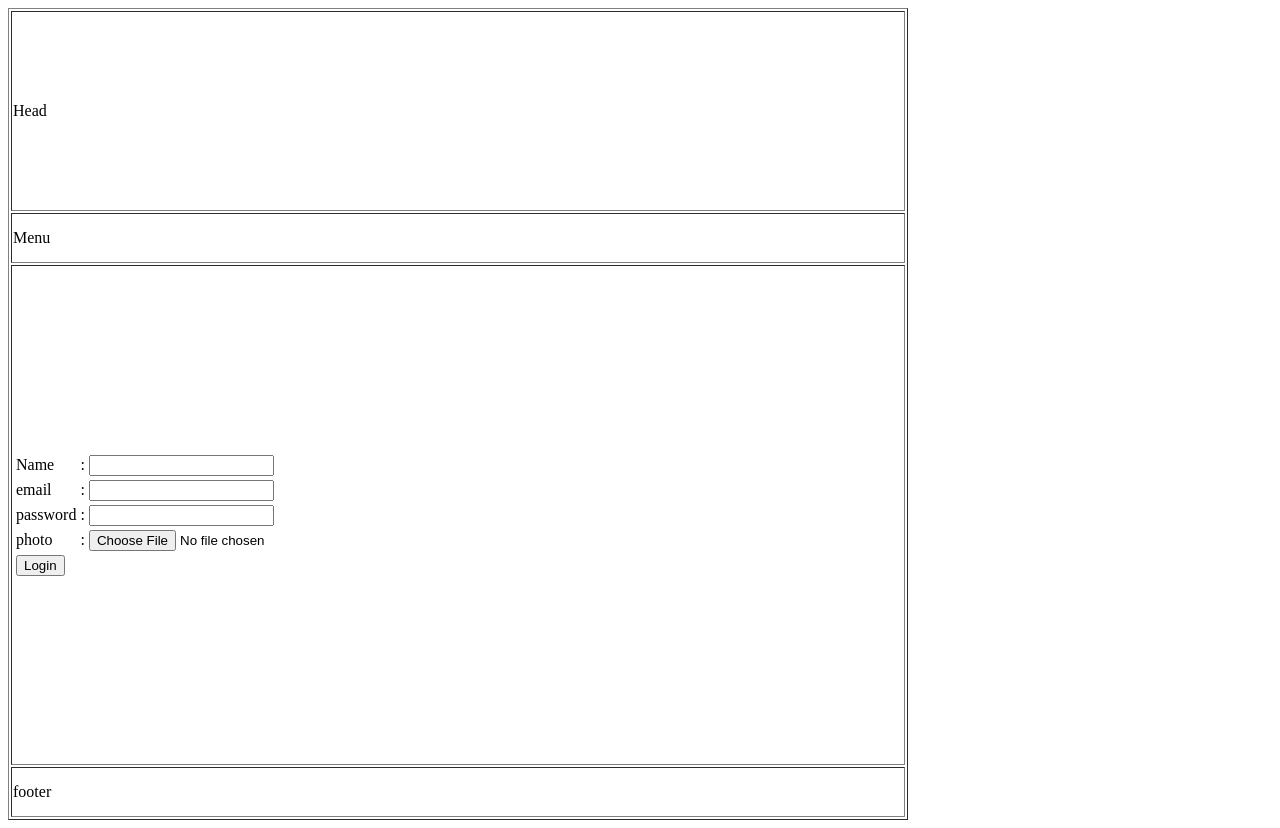
Repository: PraveenRavipati/MyWork
Page: Java/workspaces/office Java WorkScapces/works/sample/WebContent/sample.html
These files come from the project's save history. The page is drawn as it stood at one moment and after the next save; the edit follows.
The browser window is 1280 px wide. The pictures show the whole page.

Above is the page before, as saved 2014-06-02 11:19:13.

After the next save:
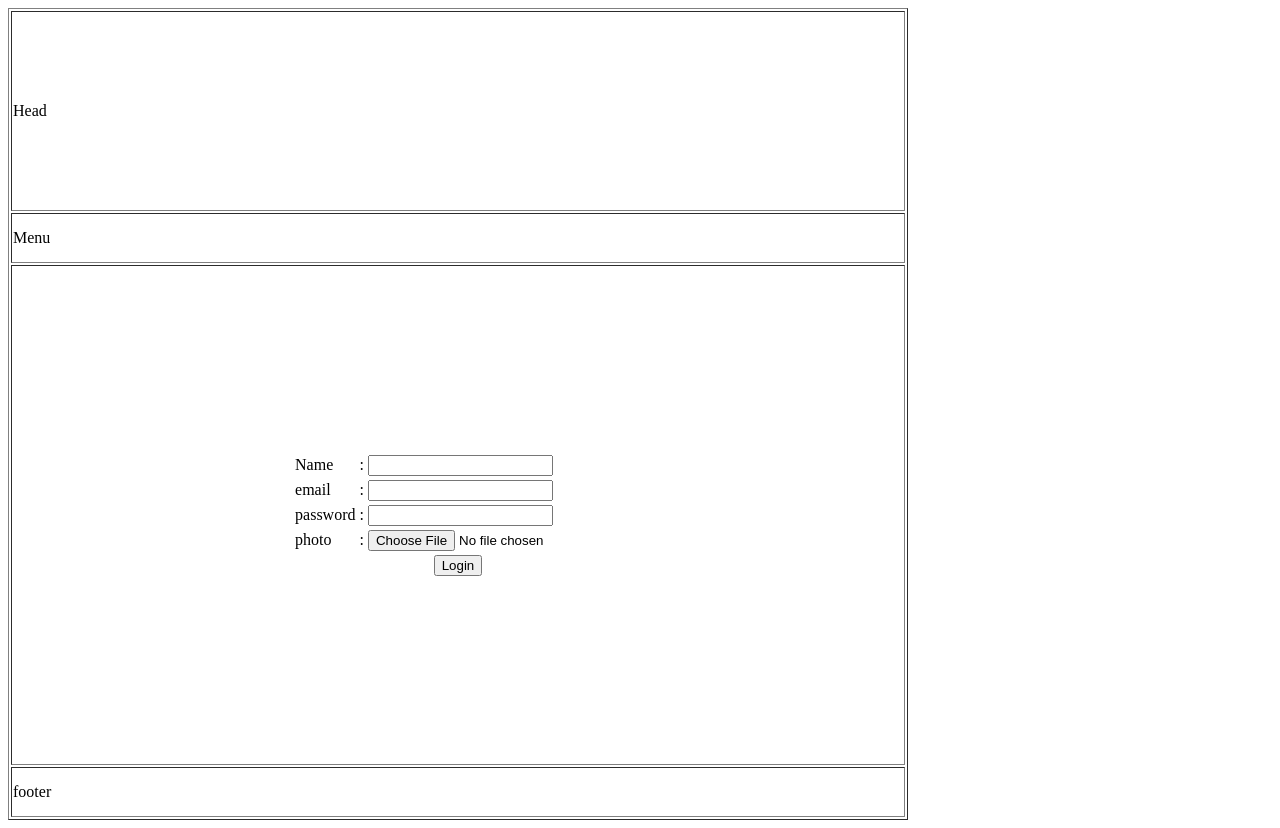
Saved 42 s later.
--- a/Java/workspaces/office Java WorkScapces/works/sample/WebContent/sample.html
+++ b/Java/workspaces/office Java WorkScapces/works/sample/WebContent/sample.html
@@ -12,7 +12,7 @@
 			<td>Menu</td>
 		</tr>
 		<tr height="500">
-			<td>
+			<td align="center">
 				<form>
 					<table>
                         <tr>
@@ -36,7 +36,7 @@
                             <td><input type="file" name="profile"></td>
                         </tr>
                         <tr>
-                            <td colspan="3"><input type="submit" value="Login"></td>
+                            <td colspan="3" align="center"><input type="submit" value="Login"></td>
                         </tr>
 					</table>
 				</form>
